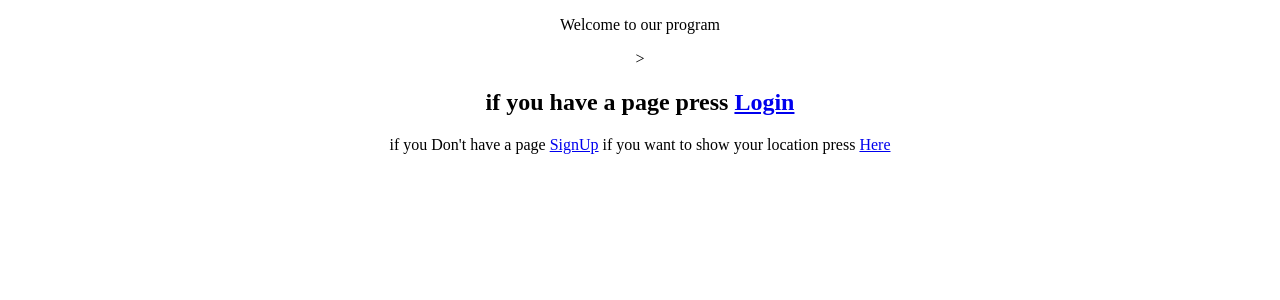
Repository: Mohammed7852/eclipse_Materials
Page: http://localhost/FCISquareApp/WEB-INF/jsp/welcome.jsp
The author's editor kept a copy of each file at every save. The page is drawn from the files as they stood at one save, then again after the next save.
The browser window is 1280 px wide. The pictures show the whole page.
The page is served by Tomcat 9. Nobody is signed in. The template is opened directly, without the code that normally fills it, so the values that code supplies are empty.

Above is the page before, as saved 2016-03-26 17:10:24.

After the next save:
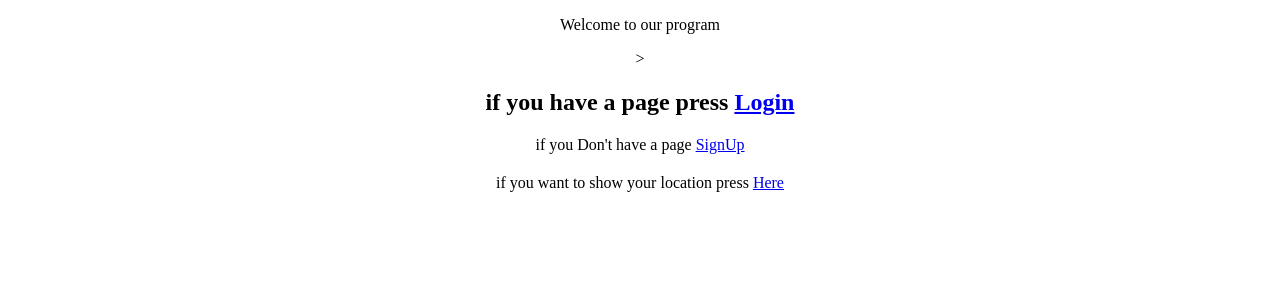
Saved 15 s later.
--- a/eclips/FCISquareApp/WebContent/WEB-INF/jsp/welcome.jsp
+++ b/eclips/FCISquareApp/WebContent/WEB-INF/jsp/welcome.jsp
@@ -15,8 +15,9 @@
 
    </h2>  if you Don't have a page <a href="/FCISquareApp/app/signUp">SignUp</a> </h2>
 
-    if you want to show your location press <a href ="FCISquareApp/app/showLocation">Here</a>
-
+  <h2></h2>  if you want to show your location press
+     <a href ="FCISquareApp/app/showLocation">Here</a>
+</h2>
 
 
 </h1>

After the save that followed:
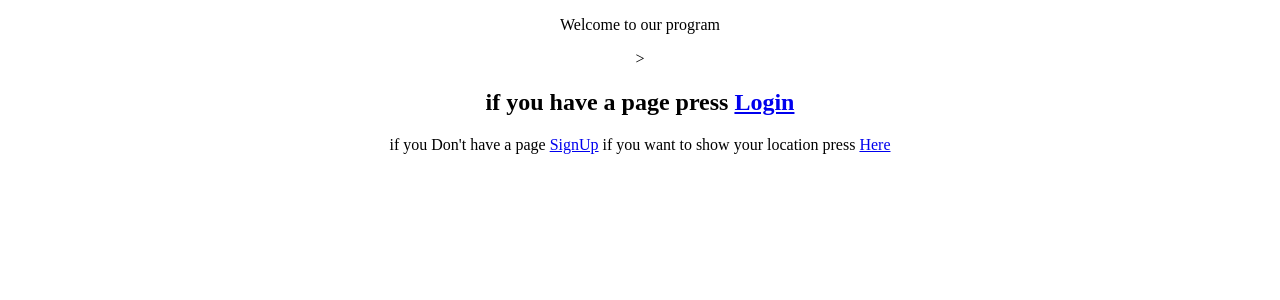
Saved 26 s later.
--- a/eclips/FCISquareApp/WebContent/WEB-INF/jsp/welcome.jsp
+++ b/eclips/FCISquareApp/WebContent/WEB-INF/jsp/welcome.jsp
@@ -13,9 +13,11 @@
 	<a href="/FCISquareApp/app/Login">Login</a>
 	</h2>
 
-   </h2>  if you Don't have a page <a href="/FCISquareApp/app/signUp">SignUp</a> </h2>
+   </h2>  if you Don't have a page
+   <a href="/FCISquareApp/app/signUp">SignUp</a>
+    </h2>
 
-  <h2></h2>  if you want to show your location press
+  </h2>  if you want to show your location press
      <a href ="FCISquareApp/app/showLocation">Here</a>
 </h2>
 
